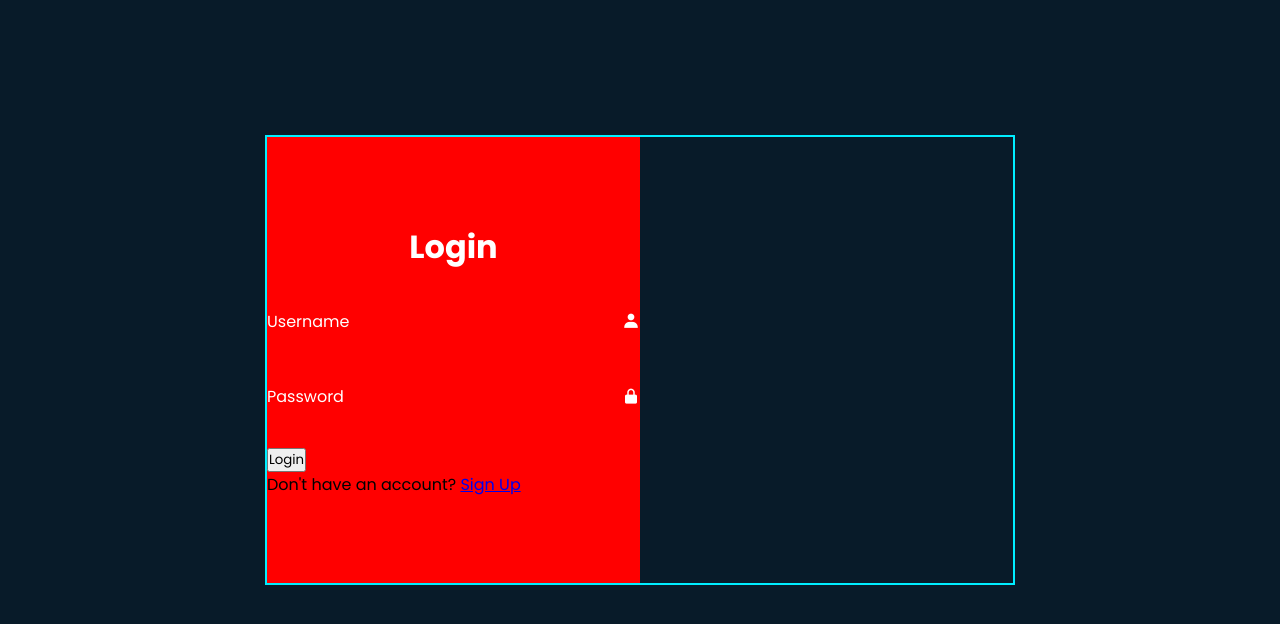
Repository: swastikjhacoder/Login-Registration-HTML
Page: index.html
An editor plug-in stored every save of this project. The page is shown before and after a run of saves, followed by the edit.
The browser window is 1280 px wide. The pictures show the whole page.

Above is the page before, as saved 2023-09-18 14:37:26.
Not found: js/toastify.js

After the next 4 saves:
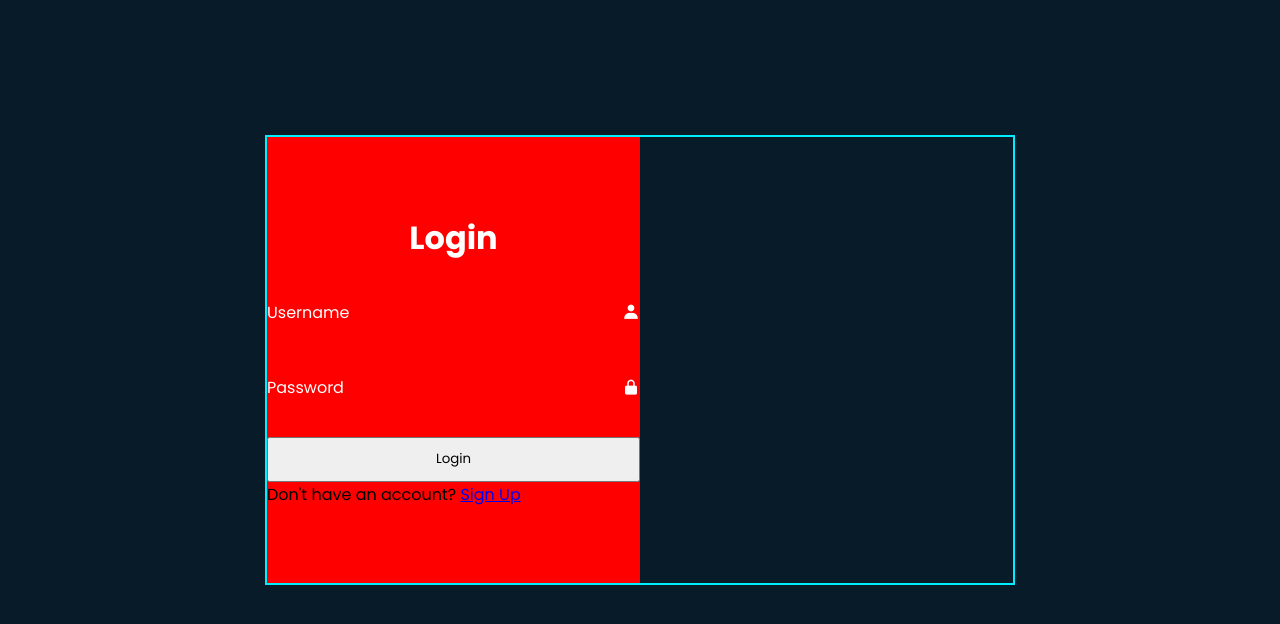
The 4 saves are shown as one change because they came seconds apart.
The last was saved 12 s later.
--- a/style.css
+++ b/style.css
@@ -77,5 +77,7 @@ body {
 
 .btn {
     position: relative;
+    width: 100%;
+    height: 45px;
 
 }
